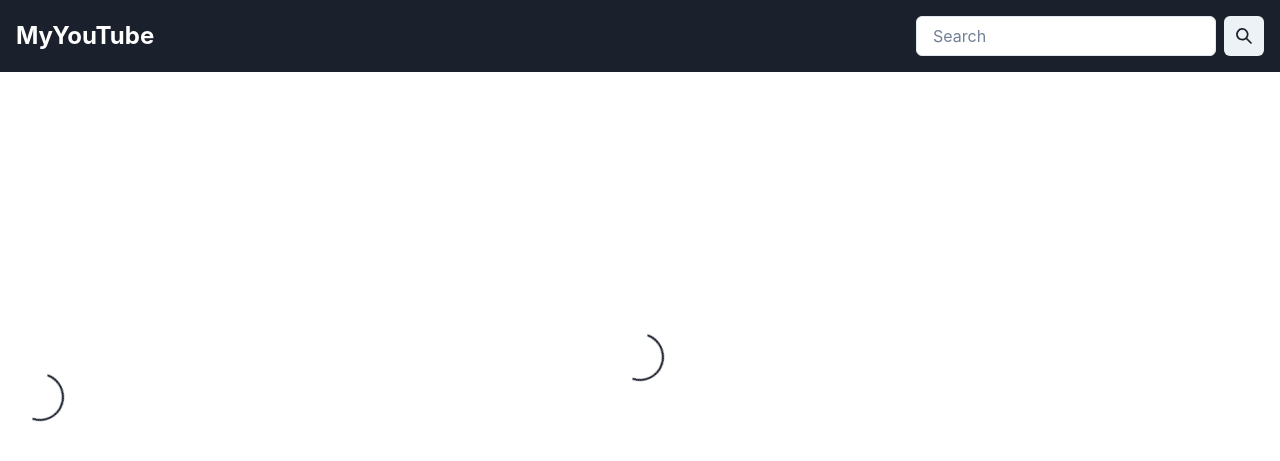
Repository: JuniorDevChris/YouTube-Engagement-Metrics
Page: /
The author's editor kept a copy of each file at every save. The page is drawn from the files as they stood at one save, then again after a run of saves.
The browser window is 1280 px wide. The pictures show the whole page.
The project was rebuilt for these pictures with package versions that can differ from the ones it lists, and the page was loaded fresh each time. Also part of the build but not shown: vite.config.ts, src/App.css.

Above is the page before, as saved 2024-07-16 21:56:26.

### src/main.tsx
import React from "react";
import { createRoot } from "react-dom/client";
import { ChakraProvider } from "@chakra-ui/react";
import App from "./App";
import "./index.css";

const container = document.getElementById("root")!;
const root = createRoot(container);

root.render(
  <React.StrictMode>
    <ChakraProvider>
      <App />
    </ChakraProvider>
  </React.StrictMode>
);

### src/App.tsx
import React, { useState } from "react";
import { AbsoluteCenter, Box, Spinner } from "@chakra-ui/react";
import VideoGrid from "./components/VideoGrid";
import Navbar from "./components/Navbar";
import "./App.css";

interface Video {
  id: string;
  title: string;
  thumbnail: string;
  likes?: number;
  dislikes?: number;
}

function App() {
  const [query, setQuery] = useState<string>("");
  const [videos, setVideos] = useState<Video[]>([]);
  const [error, setError] = useState<string>("");
  const [loading, setLoading] = useState<boolean>(false);

  const fetchVideoStats = async (videoId: string) => {
    try {
      const response = await fetch(
        `https://returnyoutubedislikeapi.com/Votes?videoId=${videoId}`
      );
      const data = await response.json();
      return { likes: data.likes, dislikes: data.dislikes };
    } catch (error) {
      console.error("Error fetching video stats:", error);
      return { likes: null, dislikes: null };
    }
  };

  const fetchVideos = async () => {
    try {
      setError("");
      setVideos([]);
      setLoading(true);
      const response = await fetch(
        `https://www.googleapis.com/youtube/v3/search?part=snippet&q=${query}&type=video&key=${
          import.meta.env.VITE_YOUTUBE_API_KEY
        }`
      );
      const data = await response.json();
      console.log("API Response:", data); // Debugging line
      if (data.items) {
        const videoResults: Video[] = await Promise.all(
          data.items.map(async (item: any) => {
            const stats = await fetchVideoStats(item.id.videoId);
            return {
              id: item.id.videoId,
              title: item.snippet.title,
              thumbnail: item.snippet.thumbnails.medium.url,
              likes: stats.likes,
              dislikes: stats.dislikes,
            };
          })
        );
        setVideos(videoResults);
      } else {
        setError("No videos found");
      }
    } catch (err) {
      console.error("Error fetching videos:", err);
      setError("Error fetching videos");
    } finally {
      setLoading(false);
    }
  };

  return (
    <Box height="100vh" display="flex" flexDirection="column">
      <Navbar query={query} setQuery={setQuery} fetchVideos={fetchVideos} />

        <AbsoluteCenter axis="both">
          <Spinner size="xl" />
        </AbsoluteCenter>

      <Box
        mt="80px"
        p={10}
        flex="1"
        display="flex"
        justifyContent="center"
        alignItems="center"
        width="100%"
      >

        {error && (
          <Box color="red.500" mb={2}>
            {error}
          </Box>
        )}
        <VideoGrid videos={videos} loading={loading} />
      </Box>
    </Box>
  );
}

export default App;

### src/components/VideoGrid.tsx
import { SimpleGrid, Spinner, AbsoluteCenter, Box } from "@chakra-ui/react";
import VideoCard from "./VideoCard";

interface Video {
  id: string;
  title: string;
  thumbnail: string;
  likes?: number;
  dislikes?: number;
}

interface VideoGridProps {
  videos: Video[];
  loading: boolean;
}

const VideoGrid: React.FC<VideoGridProps> = ({ videos, loading }) => {
  if (loading) {
    return (
      <Box position="relative" width="100%" height="100%">
        <AbsoluteCenter axis="both">
          <Spinner size="xl" />
        </AbsoluteCenter>
      </Box>
    );
  }

  return (
    <Box position="relative" width="100%" height="100%">
      <AbsoluteCenter axis="both">
        <Spinner size="xl" />
      </AbsoluteCenter>
    </Box>
    // <SimpleGrid columns={[1, 2, 3]} spacing={4} width="100%">
    //   {videos.map((video) => (
    //     <VideoCard key={video.id} {...video} />
    //   ))}
    // </SimpleGrid>
  );
};

export default VideoGrid;

### src/components/Navbar.tsx
import React from "react";
import { Flex, Box, Input, IconButton, Spacer } from "@chakra-ui/react";
import { SearchIcon } from "@chakra-ui/icons";

interface NavbarProps {
  query: string;
  setQuery: (query: string) => void;
  fetchVideos: () => void;
}

const Navbar: React.FC<NavbarProps> = ({ query, setQuery, fetchVideos }) => {
  const handleKeyDown = (event: React.KeyboardEvent<HTMLInputElement>) => {
    if (event.key === "Enter") {
      fetchVideos();
    }
  };

  return (
    <Flex
      as="nav"
      bg="gray.800"
      color="white"
      padding={4}
      align="center"
      width="100%"
      position="fixed"
      top="0"
      zIndex="1000"
    >
      <Box fontSize="2xl" fontWeight="bold">
        MyYouTube
      </Box>
      <Spacer />
      <Box display="flex">
        <Input
          placeholder="Search"
          value={query}
          onChange={(e) => setQuery(e.target.value)}
          onKeyDown={handleKeyDown}
          width="300px"
          bg="white"
          color="black"
        />
        <IconButton
          icon={<SearchIcon />}
          onClick={fetchVideos}
          aria-label="Search"
          ml={2}
        />
      </Box>
    </Flex>
  );
};

export default Navbar;

Loaded but not shown: index.html (common file); src/index.css (common file)

After the next 3 saves:
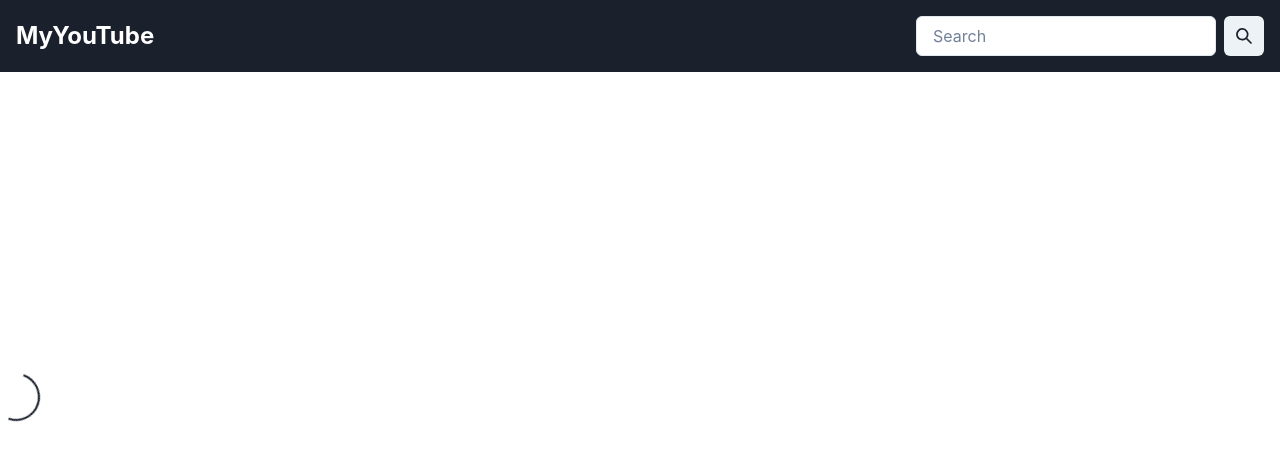
The 3 saves are shown as one change because they came seconds apart.
The last was saved 75 s later.
--- a/src/App.tsx
+++ b/src/App.tsx
@@ -1,5 +1,5 @@
 import React, { useState } from "react";
-import { AbsoluteCenter, Box, Spinner } from "@chakra-ui/react";
+import { Box } from "@chakra-ui/react";
 import VideoGrid from "./components/VideoGrid";
 import Navbar from "./components/Navbar";
 import "./App.css";
@@ -71,14 +71,9 @@ function App() {
   return (
     <Box height="100vh" display="flex" flexDirection="column">
       <Navbar query={query} setQuery={setQuery} fetchVideos={fetchVideos} />
-
-        <AbsoluteCenter axis="both">
-          <Spinner size="xl" />
-        </AbsoluteCenter>
-
       <Box
         mt="80px"
-        p={10}
+        p={4}
         flex="1"
         display="flex"
         justifyContent="center"
